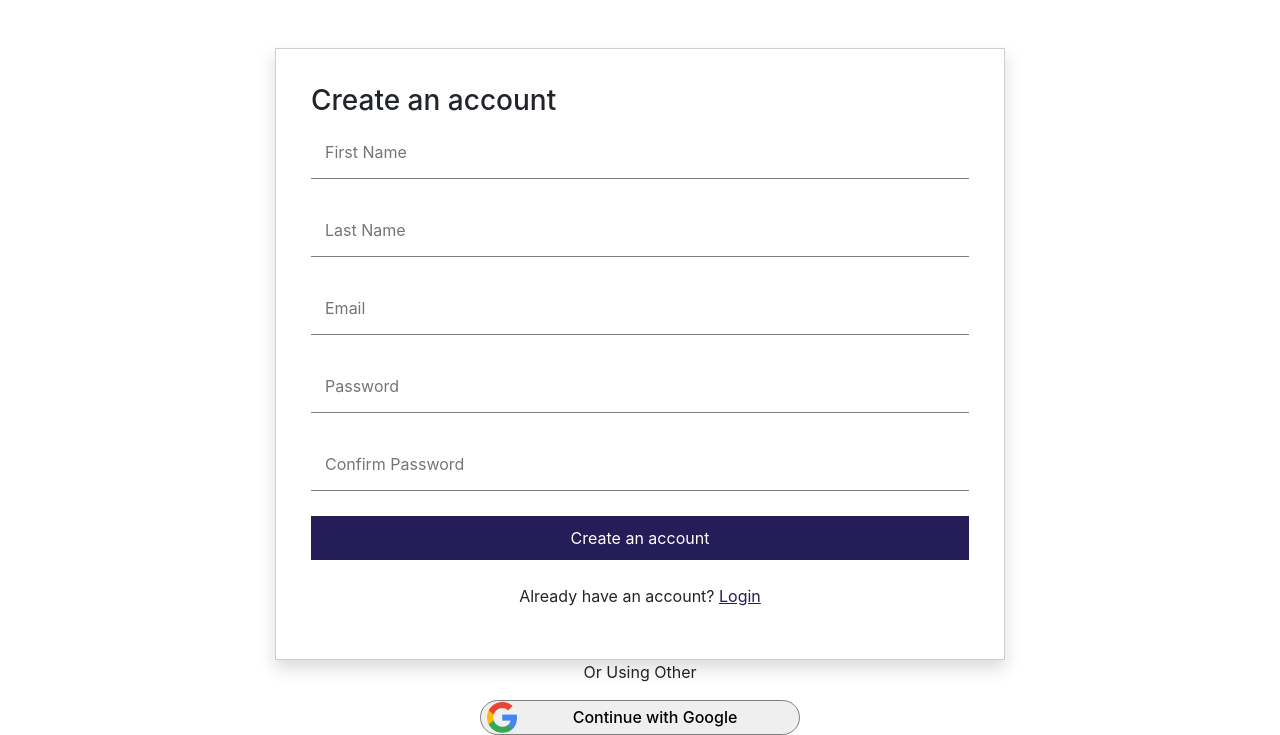
Repository: arif286/home-decoration-client-site
Page: /login
An editor plug-in stored every save of this project. The page is shown before and after the next save, followed by the edit.
The browser window is 1280 px wide. The pictures show the whole page.
The project was rebuilt for these pictures with package versions that can differ from the ones it lists, and the page was loaded fresh each time. Also part of the build but not shown: src/components/HomePage/AboutUs/AboutUs.css, src/components/HomePage/NavBar/NavBar.css, src/components/HomePage/NavBar/NavBar.js, src/components/HomePage/Header/Header.css, src/components/HomePage/Header/Header.js, src/components/HomePage/Project/Project.js, src/components/HomePage/ServiceCard/ServiceCard.js, src/components/HomePage/Service/Service.js and 4 more.

Above is the page before, as saved 2021-04-15 05:26:13.

### src/App.js
import "bootstrap/dist/css/bootstrap.min.css";
import React from "react";
import { BrowserRouter as Router, Route, Switch } from "react-router-dom";
import Home from "./components/HomePage/Home/Home";
import SignUp from "./components/LoginPage/SignUp/SignUp";
function App() {
  return (
    <div>
      <Router>
        <Switch>
          <Route path='/home'>
            <Home/>
          </Route>
          <Route path='/login'>
            <SignUp/>
          </Route>
          <Route exact path='/'>
            <Home/>
          </Route>
        </Switch>
      </Router>
    </div>
  );
}

export default App;

### src/components/LoginPage/SignUp/SignUp.js
import React, { useRef, useState } from "react";
import { Col, Container, Row } from "react-bootstrap";
import { useForm } from "react-hook-form";
import GoogleLogin from "../GoogleLogin/GoogleLogin";
import Login from "../Login/Login";
import "./SignUp.css";

const SignUp = () => {
  const [toggle, setToggle] = useState(false);
  const {
    register,
    handleSubmit,
    watch,
    formState: { errors },
  } = useForm();
  const password = useRef({});
  password.current = watch("password", "");
  const onSubmit = (data) => console.log(data);

  return (
    <Container className="mt-5">
      <Row className="justify-content-center">
        <Col xs={10} md={8}>
          {!toggle ? (
            <form
              className="login-form shadow"
              onSubmit={handleSubmit(onSubmit)}
            >
              <h3>Create an account</h3>
              <input
                type="text"
                {...register("firstName", { required: true })}
                placeholder="First Name"
              />

              <input
                type="text"
                {...register("lastName", { required: true })}
                placeholder="Last Name"
              />

              <input
                type="email"
                {...register("email", { required: true })}
                placeholder="Email"
              />
              <input
                type="password"
                {...register("password", { required: true })}
                placeholder="Password"
              />
              <input
                type="password"
                {...register("confirmation", {
                  validate: (value) =>
                    value === password.current || "password do not match",
                })}
                placeholder="Confirm Password"
              />
              {errors.confirmation && <p>{errors.confirmation.message}</p>}

              <button type="submit" className="w-100 submit-btn">
                Create an account
              </button>
              <p className="text-center mt-4">
                Already have an account?{" "}
                <span
                  onClick={() => {
                    setToggle(true);
                  }}
                >
                  Login
                </span>
              </p>
            </form>
          ) : (
            <Login setToggle={setToggle} />
          )}
        </Col>
          </Row>
          <GoogleLogin/>
    </Container>
  );
};

export default SignUp;

### src/components/HomePage/AboutUs/AboutUs.js
import { faCheckCircle } from "@fortawesome/free-solid-svg-icons";
import { FontAwesomeIcon } from "@fortawesome/react-fontawesome";
import React from "react";
import { Col, Container, Row } from "react-bootstrap";
import architects from "../../../home-decoration/Image_Icon/Image/architect.jpg";
import "./AboutUs.css";

const checkBox = <FontAwesomeIcon icon={faCheckCircle} />;

const AboutUs = () => {
  return (
    <Container className="mt-5">
      <h1 className="text-center mb-4">About Us</h1>
      <Row className="row-cols-1 row-cols-md-2">
        <Col className="pb-4">
          <img
            style={{ objectFit: "cover" }}
            className="w-100 h-100"
            src={architects}
            alt=""
          />
        </Col>
        <Col className="pb-4 about-us">
          <p className="welcome-text">
            <small>WELCOME TO OUR AGENCY</small>
          </p>
          <h5>MOST EXPERIENCED BUILDERS ARCHITECTS & DESIGNERS</h5>
          <p style={{ color: "#C0AC95", fontStyle: "italic", fontWeight: 500 }}>
            We're building everything you always needed in architect
          </p>

          <p>
            Lorem ipsum dolor sit amet, consectetur notted adipisicing elit sed
            do eiusmod tempor incididunt by injected humou or randomised simply
            not wisdome to do that avail words even slightly believable.
          </p>
          <div>
            <p>
              <span>{checkBox}</span>Lorem Ipsum is not simply random text
            </p>
            <p>
              <span>{checkBox}</span>Making this the first true on Internet
            </p>
            <p>
              <span>{checkBox}</span>There are slighly believable words
            </p>
            <p>
              <span>{checkBox}</span>If you are going to use passage
            </p>
          </div>
        </Col>
      </Row>
    </Container>
  );
};

export default AboutUs;

### src/components/LoginPage/GoogleLogin/GoogleLogin.js
import React from 'react';
import Google from '../../../home-decoration/Image_Icon/Icon/Group 573.png';
import './GoogleLogin.css';
const GoogleLogin = () => {
    const handleGoogleLogin = () => {
        console.log('click me')
    }
    return (
      <div style={{ textAlign: "center" }}>
        <p>Or Using Other</p>
        <button onClick={() => handleGoogleLogin()} className="login-btn">
          <img src={Google} alt="" />
          <p className="login-title">Continue with Google</p>
        </button>
      </div>
    );
};

export default GoogleLogin;

### src/components/LoginPage/SignUp/SignUp.css
.login-form input {
  width: 100%;
  padding: 14px;
  border: none;
  border-bottom: 1px solid gray;
  margin-bottom: 25px;
  outline: none;
}
.submit-btn {
  border: none;
  outline: none;
  padding: 10px 0px;
  background-color: #251d58;
  color: white;
  font-weight: 400;
}

.login-form {
  border: 1px solid #837b7b61;
  padding: 35px;
}
.login-form span {
  text-decoration: underline;
  color: #251d58;
  cursor: pointer;
}
.reset-password {
  text-decoration: underline;
  color: #251d58;
  font-weight: 500;
}
.reset-password:hover {
  color: #251d58;
  cursor: pointer;
}

### src/components/LoginPage/GoogleLogin/GoogleLogin.css
.login-btn {
  display: flex;
  width: 320px;
  border-radius: 50px;
  border: 0.5px solid gray;
  outline: none;
  margin: auto;
}
.login-btn img {
  width: 30px;
}
.login-title {
  margin: auto;
  font-weight: 500;
}

Loaded but not shown: public/index.html (common file); src/index.js (common file); src/index.css (common file); src/reportWebVitals.js (common file)

After the next save:
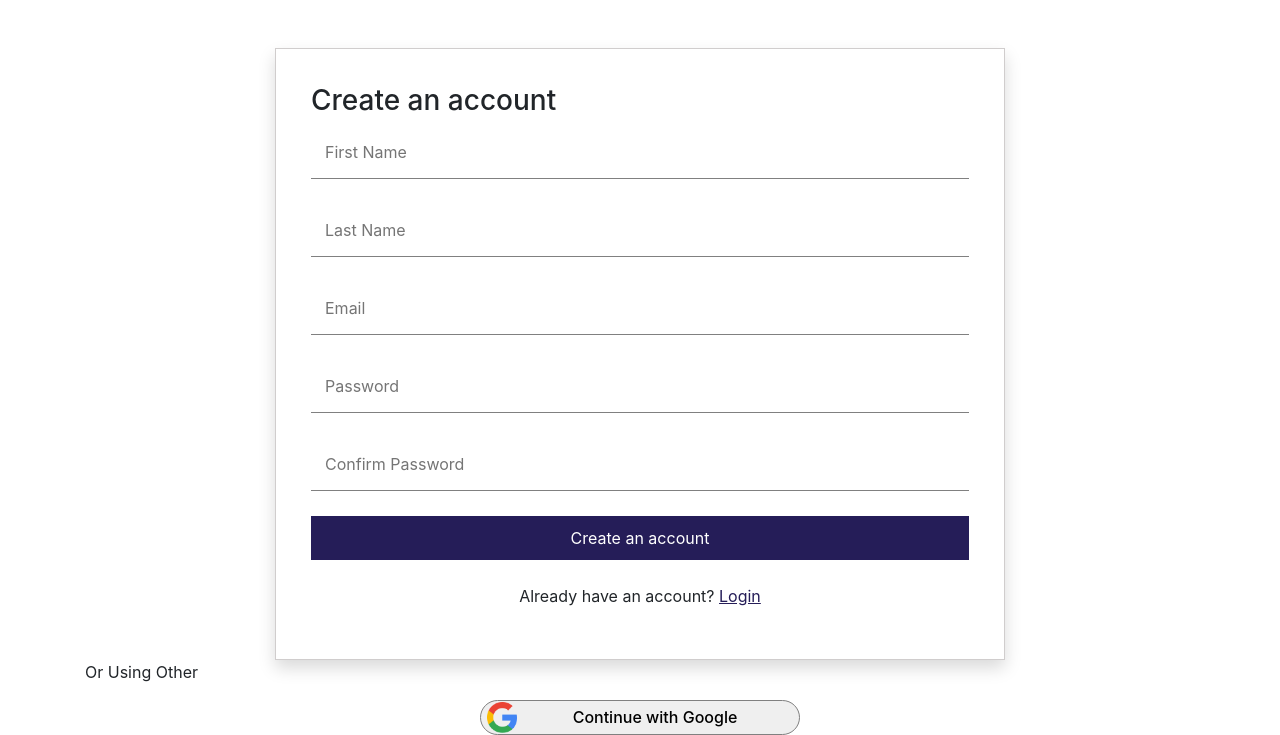
Saved 32 s later.
--- a/src/components/LoginPage/GoogleLogin/GoogleLogin.js
+++ b/src/components/LoginPage/GoogleLogin/GoogleLogin.js
@@ -6,7 +6,7 @@
         console.log('click me')
     }
     return (
-      <div style={{ textAlign: "center" }}>
+      <div >
         <p>Or Using Other</p>
         <button onClick={() => handleGoogleLogin()} className="login-btn">
           <img src={Google} alt="" />

After the save that followed:
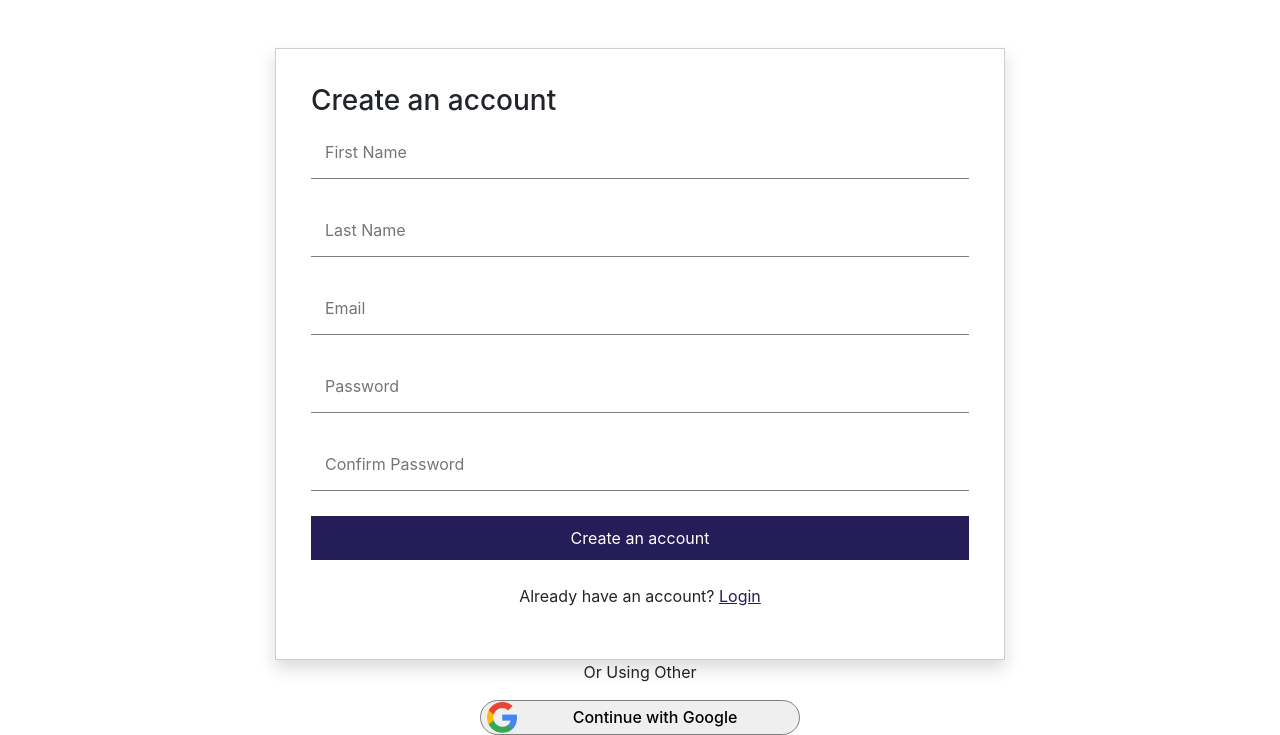
Saved 5 s later.
--- a/src/components/LoginPage/GoogleLogin/GoogleLogin.js
+++ b/src/components/LoginPage/GoogleLogin/GoogleLogin.js
@@ -6,7 +6,7 @@
         console.log('click me')
     }
     return (
-      <div >
+      <div style={{ textAlign: "center" }}>
         <p>Or Using Other</p>
         <button onClick={() => handleGoogleLogin()} className="login-btn">
           <img src={Google} alt="" />
